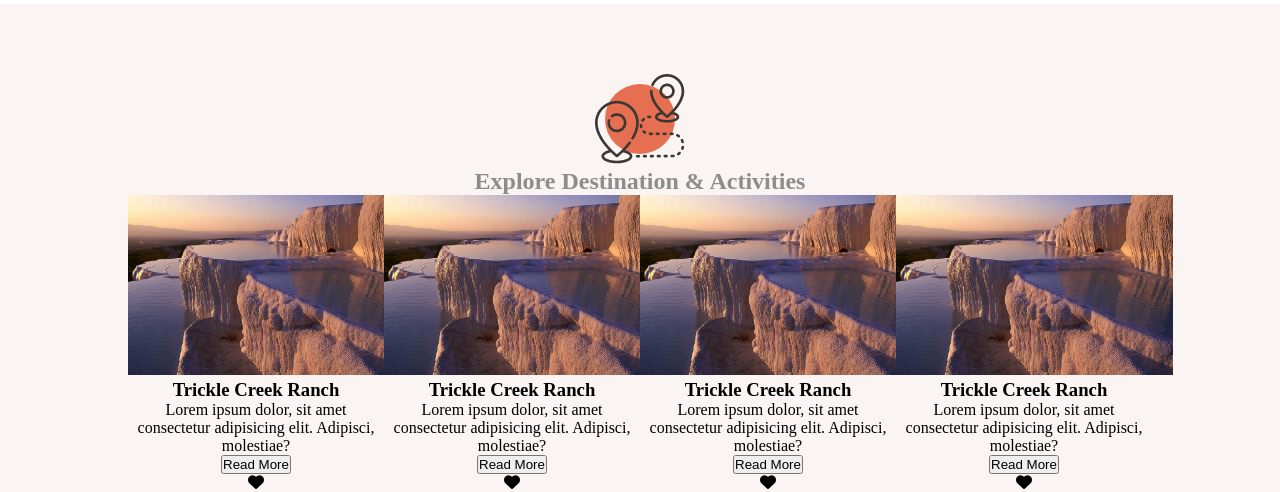
Repository: giahuy405/BC38_Camping_Pham_Gia_Huy
Page: index.html
These files come from the project's save history. The page is drawn as it stood at one moment and after the next save; the edit follows.
The browser window is 1280 px wide. The pictures show the part of the page from y = 692 to 1184 px (the page is 1184 px tall before and 1166 px after).

Above is the page before, as saved 2022-09-13 19:00:53.

### index.html
<!DOCTYPE html>
<html lang="en">
<head>
    <meta charset="UTF-8">
    <meta http-equiv="X-UA-Compatible" content="IE=edge">
    <meta name="viewport" content="width=device-width, initial-scale=1.0">
    <title>Document</title>
    <link rel="stylesheet" href="https://cdnjs.cloudflare.com/ajax/libs/font-awesome/6.2.0/css/all.min.css" integrity="sha512-xh6O/CkQoPOWDdYTDqeRdPCVd1SpvCA9XXcUnZS2FmJNp1coAFzvtCN9BmamE+4aHK8yyUHUSCcJHgXloTyT2A==" crossorigin="anonymous" referrerpolicy="no-referrer" />
    <link rel="stylesheet" href="./css/index.css">
</head>
<body>
    <header>
       <div class="header__items">
            <img src="./img/logoicon.png" alt="">
            <nav>
                <ul>
                    <li><a href="#">Home</a></li>
                    <li><a href="#">Services</a></li>
                    <li><a href="#">Destination</a></li>
                    <li><a href="#">Events</a></li>
                    <li><a href="#">Gallery</a></li>
                    <li><a href="#">Contact us</a></li>
                </ul>
            </nav>
       </div>
    </header>
    <section class="carousel">
        <img src="./img/BG.png" alt="">
    </section>
    <section class="service">
        <img src="./img/Group 313.png" alt="">
        <h1>Explore Destination & Activities</h1>
        <div class="service__cards">
            <div class="service__card">
                <div class="service__item">
                    <img src="./img/product1.png" alt="">
                    <h3>Trickle Creek Ranch</h3>
                    <p>Lorem ipsum dolor, sit amet consectetur adipisicing elit. Adipisci, molestiae?</p>
                    <button>Read More</button>
                </div>
                <div class="service__heart">
                    <i class="fa fa-heart"></i>
                </div>
            </div>
            <div class="service__card">
                <div class="service__item">
                    <img src="./img/product1.png" alt="">
                    <h3>Trickle Creek Ranch</h3>
                    <p>Lorem ipsum dolor, sit amet consectetur adipisicing elit. Adipisci, molestiae?</p>
                    <button>Read More</button>
                </div>
                <div class="service__heart">
                    <i class="fa fa-heart"></i>
                </div>
            </div>
            <div class="service__card">
                <div class="service__item">
                    <img src="./img/product1.png" alt="">
                    <h3>Trickle Creek Ranch</h3>
                    <p>Lorem ipsum dolor, sit amet consectetur adipisicing elit. Adipisci, molestiae?</p>
                    <button>Read More</button>
                </div>
                <div class="service__heart">
                    <i class="fa fa-heart"></i>
                </div>
            </div>
            <div class="service__card">
                <div class="service__item">
                    <img src="./img/product1.png" alt="">
                    <h3>Trickle Creek Ranch</h3>
                    <p>Lorem ipsum dolor, sit amet consectetur adipisicing elit. Adipisci, molestiae?</p>
                    <button>Read More</button>
                </div>
                <div class="service__heart">
                    <i class="fa fa-heart"></i>
                </div>
            </div>
            <div class="clear"></div>
        </div>
    </section>
</body>
</html>

### css/index.css
*{
    padding: 0;
    margin: 0;
    box-sizing: border-box;
}
.header__items{
    width: 90%;
    margin: 0 auto;
}
header{
    background-color: #f8e1db;
}
nav{
    margin-top: 10px;
    padding-bottom: 10px;
}
nav ul{
    list-style: none;
}
nav li{
    display: inline;
    margin-right:30px;
}
nav a{
    text-decoration: none;
    color: #43403c;
}
nav a:hover{
    color: rgb(160, 5, 5);
}
.clear{
    clear: both;
}
.carousel img{
    height: 600px;
    width: 100%;
}
.service{
    text-align: center;
    padding-top: 70px;
    background-color: #faf4f2;
}
.service > h1{
    color: #8d8d8d;
}
.service__cards{
    width: 80%;
    margin: 0 auto;
}
.service__card{
    float: left;
    width: 25%;
}

After the next save:
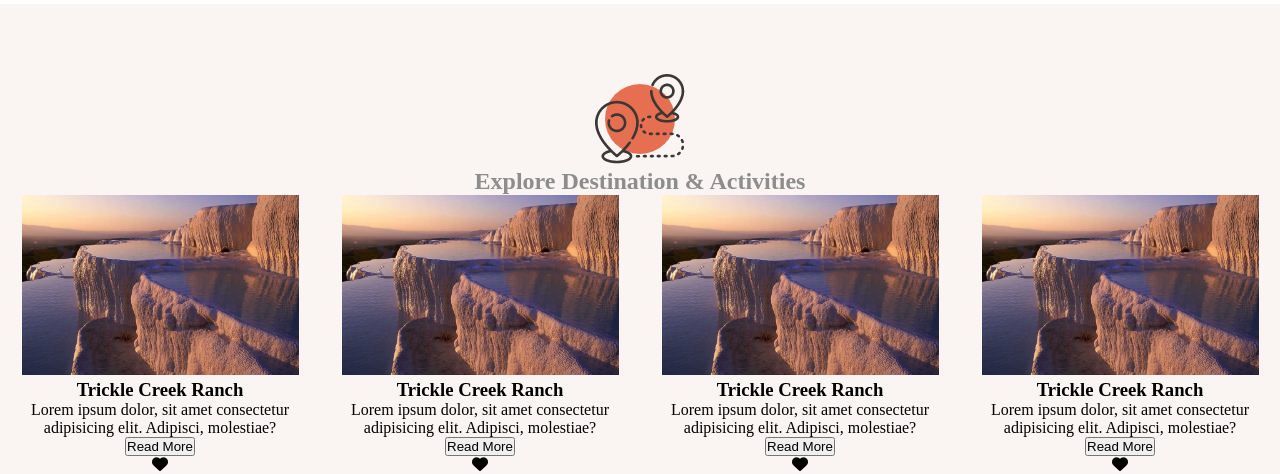
Saved 15 s later.
--- a/css/index.css
+++ b/css/index.css
@@ -44,8 +44,7 @@
     color: #8d8d8d;
 }
 .service__cards{
-    width: 80%;
-    margin: 0 auto;
+
 }
 .service__card{
     float: left;
